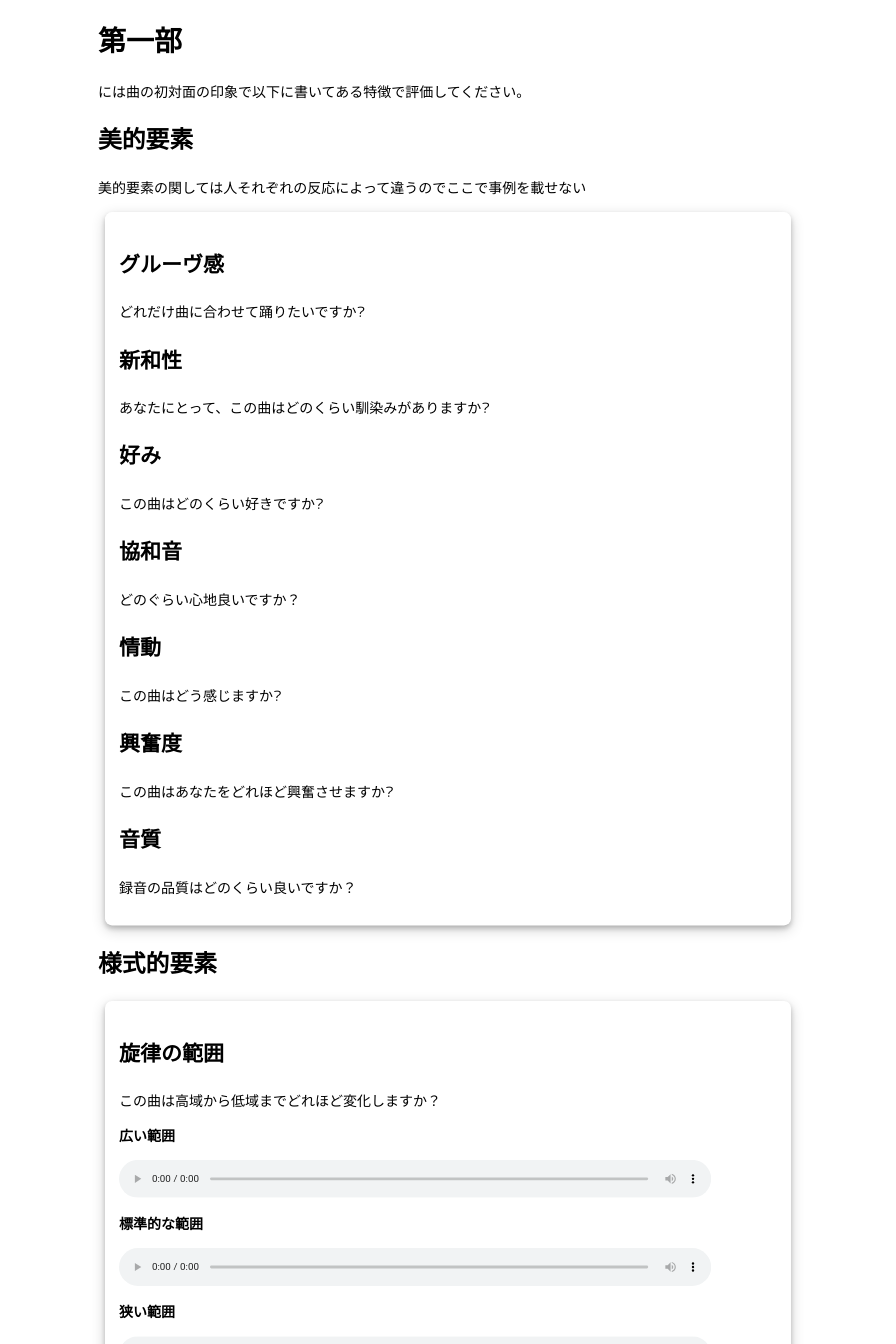
Repository: hideodaikoku/feat-explanation
Page: index.html
An editor plug-in stored every save of this project. The page is shown before and after the next save, followed by the edit.
The browser window is 1280 px wide. The pictures show the part of the page from y = 0 to 1920 px (the page is 4870 px tall), at 70% of full size.

Above is the page before, as saved 2019-09-02 11:45:38.

### index.html
<!DOCTYPE html>
<html lang="en">
<head>
    <meta charset="UTF-8">
    <meta name="viewport" content="width=device-width, initial-scale=1.0">
    <meta http-equiv="X-UA-Compatible" content="ie=edge">
    <link rel="stylesheet" type="text/css" href="index.css">
    <title>Experiment Explanations</title>
</head>
<body>
    <div id="page-container">
        <div class="l-container">
            <h1> 第一部 </h1>
            <p>には曲の初対面の印象で以下に書いてある特徴で評価してください。</p>
            <h2>美的要素</h2>
            <p>美的要素の関しては人それぞれの反応によって違うのでここで事例を載せない</p>
            <div class="l-container-feature">
                <h3>グルーヴ感</h3>
                <p>
                    どれだけ曲に合わせて踊りたいですか?
                </p>

                <h3>新和性</h3>
                <p>
                    あなたにとって、この曲はどのくらい馴染みがありますか?
                </p>

                <h3>好み</h3>
                <p>
                    この曲はどのくらい好きですか?
                </p>

                <h3>協和音</h3>
                <p>
                    どのぐらい心地良いですか？
                </p>

                <h3>情動</h3>
                <p>
                    この曲はどう感じますか?
                </p>

                <h3>興奮度</h3>
                <p>
                    この曲はあなたをどれほど興奮させますか?
                </p>

                <h3>音質</h3>
                <p>
                    録音の品質はどのくらい良いですか？
                </p>
            </div>

            <h2>様式的要素</h2>
            <div class="l-container-feature">
                <h3>旋律の範囲</h3>
                <p>
                    この曲は高域から低域までどれほど変化しますか？
                </p>
                <p>
                    <strong>広い範囲</strong>
                </p>
                <audio controls="controls">
                    <source src="audio/melodic_high.wav"/>
                </audio>
                <p>
                    <strong>標準的な範囲</strong>
                </p>
                <audio controls="controls">
                    <source src="audio/melodic_middle.wav"/>
                </audio>
                <p>
                    <strong>狭い範囲</strong>
                </p>
                <audio controls="controls">
                    <source src="audio/melodic_low.wav"/>
                </audio>
            </div>
            <div class="l-container-feature">
                <h3>装飾</h3>
                <p>
                    メロディーはどのように装飾されていますか?
                </p>
                <p>
                    <strong>装飾有り</strong>
                </p>
                <audio controls="controls">
                    <source src="audio/ornamentation_high.wav"/>
                </audio>
                <p>
                    <strong>標準的な装飾</strong>
                </p>
                <audio controls="controls">
                    <source src="audio/ornamentation_medium.wav"/>
                </audio>
                <p>
                    <strong>装飾なし</strong>
                </p>
                <audio controls="controls">
                    <source src="audio/ornamentation_low.wav"/>
                </audio>
            </div>
            <div class="l-container-feature">
                <h3>リズム</h3>
                <p>
                    リズムのパターンはどのくらい規則的ですか？
                </p>
                <p>
                    <strong>とても規則的</strong>
                </p>
                <audio controls="controls">
                    <source src="audio/rhythm_regular.wav"/>
                </audio>
                <p>
                    <strong>規則的</strong>
                </p>
                <audio controls="controls">
                    <source src="audio/rhythm_irregular.wav"/>
                </audio>
                <p>
                    <strong>非常に不規則</strong>
                </p>
                <audio controls="controls">
                    <source src="audio/rhythm_free.wav"/>
                </audio>
            </div>
            <div class="l-container-feature">
                    <h3>声の重なり</h3>
                    <p>
                        度合い何人の人が同時に歌ってますか?
                    </p>
                    <p>
                        <strong>ソロ</strong>
                    </p>
                    <audio controls="controls">
                        <source src="audio/texture_solo.wav"/>
                    </audio>
                    <p>
                        <strong>何人かの歌手</strong>
                    </p>
                    <audio controls="controls">
                        <source src="audio/texture_middle.wav"/>
                    </audio>
                    <p>
                        <strong>多重の歌手</strong>
                    </p>
                    <audio controls="controls">
                        <source src="audio/texture_group.wav"/>
                    </audio>
                </div>
            <div class="l-container-feature">
                <h3>喉のテンション</h3>
                <p>
                    喉に力がかかっていますか?
                </p>
                <p>
                    <strong>喉に力がかかってる</strong>
                </p>
                <audio controls="controls">
                    <source src="audio/v_width_narrow.wav"/>
                </audio>
                <p>
                    <strong>標準的</strong>
                </p>
                <audio controls="controls">
                    <source src="audio/v_width_mid.wav"/>
                </audio>
                <p>
                    <strong>喉に力がかかっていない</strong>
                </p>
                <audio controls="controls">
                    <source src="audio/v_width_wide.wav"/>
                </audio>
            </div>
            <div class="l-container-feature">
                <h3>テンポ</h3>
                <p>
                    この曲はどのくらい早いですか?
                </p>
                <p>
                    <strong>早い</strong>
                </p>
                <audio controls="controls">
                    <source src="audio/tempo_fast.wav"/>
                </audio>
                <p>
                    <strong>標準的</strong>
                </p>
                <audio controls="controls">
                    <source src="audio/tempo_moderate.wav"/>
                </audio>
                <p>
                    <strong>遅い</strong>
                </p>
                <audio controls="controls">
                    <source src="audio/tempo_slow.wav"/>
                </audio>
            </div>
        </div>
        <footer>
            <small>Keio University Shonan Fujisawa Campus</small>
        </footer>
    </div>
</body>

</html>

### index.css
@import url('https://fonts.googleapis.com/css?family=M+PLUS+Rounded+1c&display=swap');

html {

    width:100%;
    height:100%;
    font-size: 62.5%;
    -webkit-font-smoothing: antialiased;
    -moz-osx-font-smoothing: grayscale;
    padding: unquote('env(safe-area-inset)');
}

body {
    margin:0;
    -webkit-text-size-adjust: 100%;
    position:relative;
    box-sizing: border-box;
    min-height:100%;
}

h1, h2, h3, p{
    font-family: 'M Plus Rounded 1c', sans-serif;
}

h1{
    font-size: 4rem;
}
h2{
    font-size: 3.4rem;
}
h3{
    font-size: 3rem;
}
p{
    font-size: 2rem;
    font-weight: 100;
}
.l-container{
    margin: 0 auto;
    width: 100em;
    padding-bottom: 5em;
}
.l-container-feature{
    margin: 1em;
    padding: 2em;
    border-radius: 1em;
    box-shadow: .0 4px 8px 0 rgba(0, 0, 0, 0.2), 0 6px 20px 0 rgba(0, 0, 0, 0.19);
}

#page-container {
    position: relative;
    min-height: 100vh;
}

button{
    border: none;
    border-radius: 1em;
    box-shadow: none;
    width: 10em;
    height: 5em;
    margin: 0 auto;
    display: block;
    background-color: rgb(46, 109, 136);

}
button:hover{
    opacity: 0.6;
}
p.button{
    color: white;
    margin: 0 auto;
}
footer{
    position: absolute;
    bottom: 0;
    width: 100%;
    height: 2em;
    padding-top: 1em;
    text-align: center;
}
audio{
    width: 90%;
    margin: 0 auto;
    /* display: block; */
    border-radius: 2em;
}

After the next save:
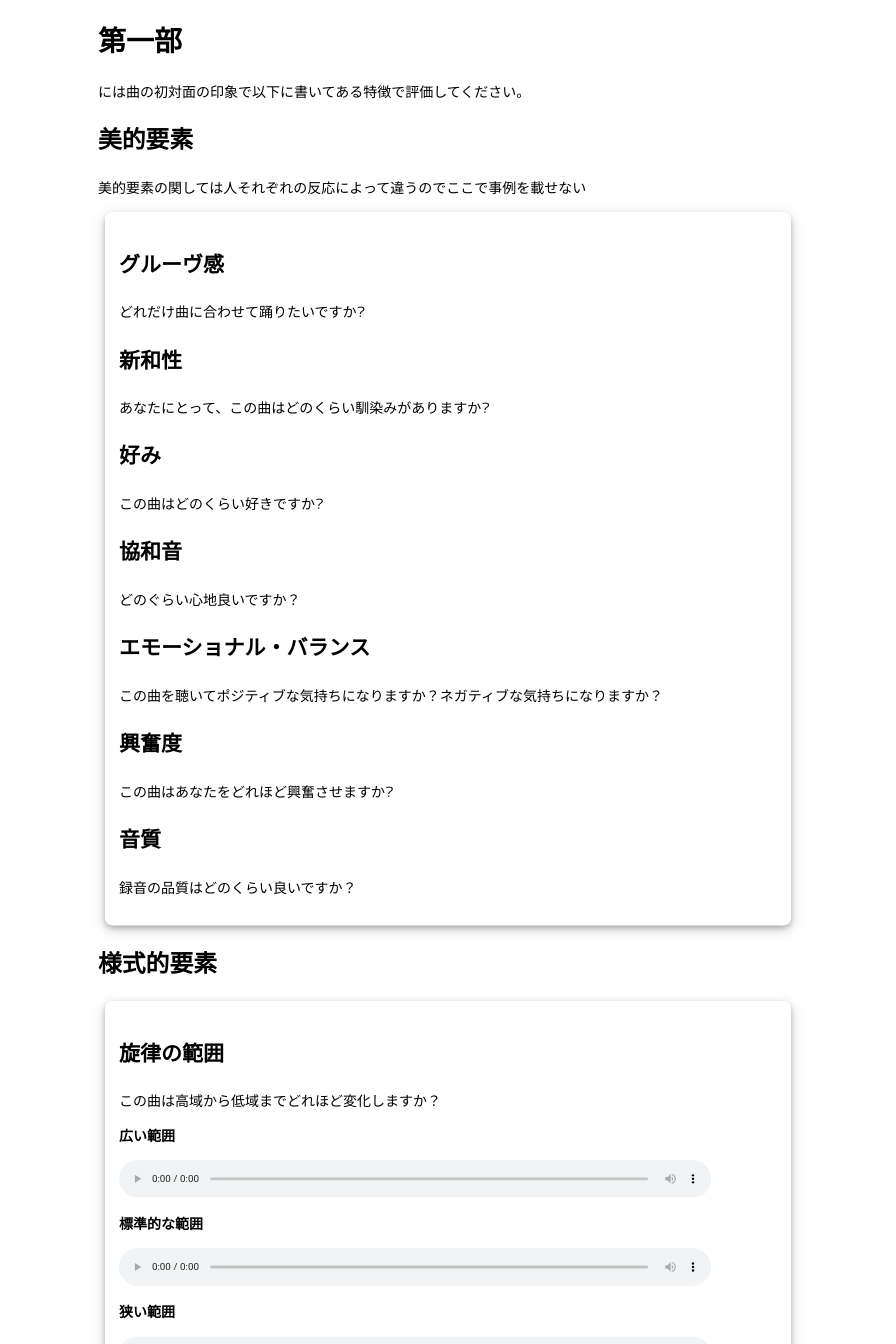
Saved 3 min 31 s later.
--- a/index.html
+++ b/index.html
@@ -35,9 +35,9 @@
                     どのぐらい心地良いですか？
                 </p>
 
-                <h3>情動</h3>
-                <p>
-                    この曲はどう感じますか?
+                <h3>エモーショナル・バランス</h3>
+                <p>
+                    この曲を聴いてポジティブな気持ちになりますか？ネガティブな気持ちになりますか？
                 </p>
 
                 <h3>興奮度</h3>
